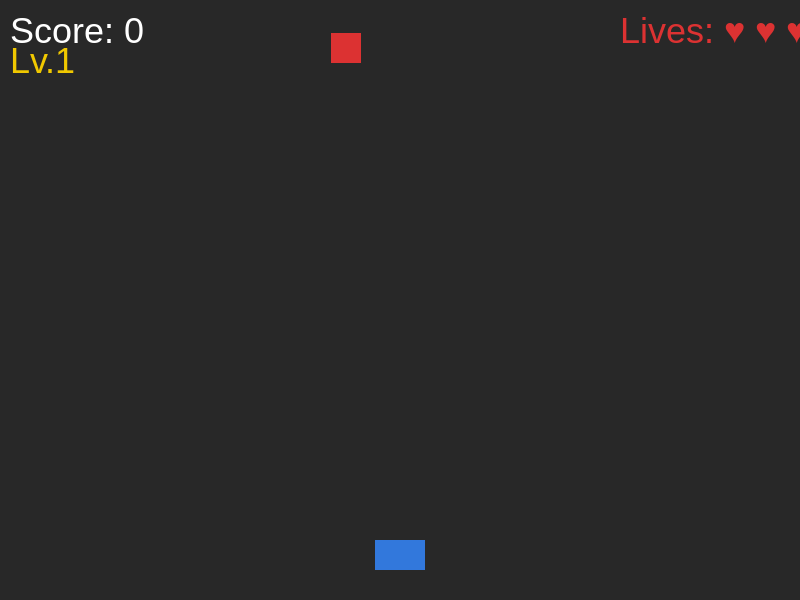
Repository: hanys0813/hys-project
Script's output: python example.py
These files come from the project's save history. The script's output is drawn as it stood at one moment and after the next save; the edit follows.
The window is shown after at most 60 frames with no key pressed. A system font it names is replaced by a similar one. Random numbers start from a fixed seed.

Above is the script's output before, as saved 2026-04-14 14:27:54.

After the next save:
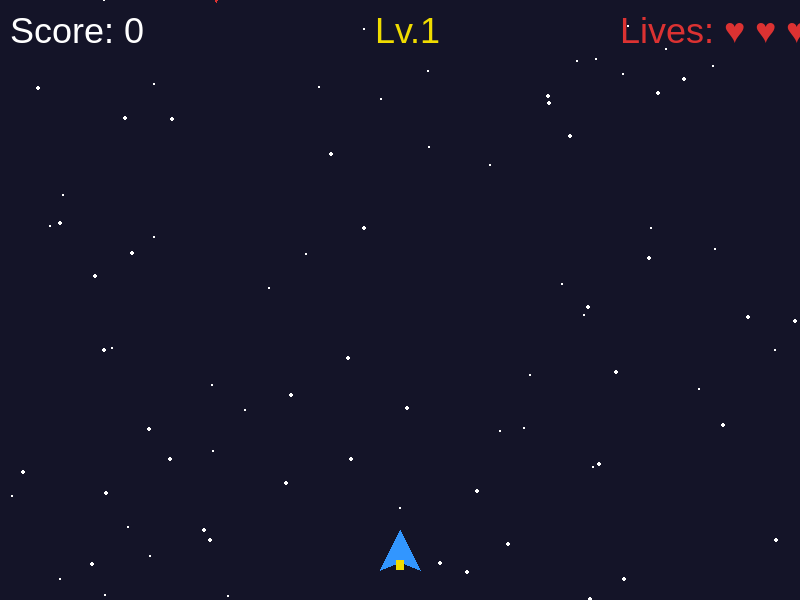
Saved 42 s later.
--- a/example.py
+++ b/example.py
@@ -17,45 +17,71 @@ def get_korean_font(size):
 WIDTH, HEIGHT = 800, 600
 FPS = 60
 
-WHITE  = (255, 255, 255)
-BLACK  = (0,   0,   0)
-BLUE   = (50,  120, 220)
-RED    = (220, 50,  50)
-YELLOW = (240, 200, 0)
-GRAY   = (40,  40,  40)
+WHITE   = (255, 255, 255)
+BLACK   = (0,   0,   0)
+GRAY    = (20,  20,  40)
+BLUE    = (50,  150, 255)
+RED     = (220, 50,  50)
+YELLOW  = (240, 220, 0)
+GREEN   = (50,  220, 80)
+ORANGE  = (240, 140, 0)
 
 screen = pygame.display.set_mode((WIDTH, HEIGHT))
-pygame.display.set_caption("Dodger")
+pygame.display.set_caption("Space Shooter")
 clock = pygame.time.Clock()
 font = get_korean_font(36)
 font_big = get_korean_font(72)
 
 # --- 레벨 설정 ---
 LEVELS = [
-    {"min_speed": 3, "max_speed": 5,  "spawn": 40, "label": "Lv.1"},
-    {"min_speed": 5, "max_speed": 8,  "spawn": 25, "label": "Lv.2"},
-    {"min_speed": 7, "max_speed": 12, "spawn": 15, "label": "Lv.3"},
+    {"enemy_speed": 2, "spawn": 60, "label": "Lv.1"},
+    {"enemy_speed": 3, "spawn": 40, "label": "Lv.2"},
+    {"enemy_speed": 5, "spawn": 25, "label": "Lv.3"},
 ]
 
 # --- 사운드 자리 ---
-# dodge_sound = pygame.mixer.Sound("dodge.wav")
-# hit_sound   = pygame.mixer.Sound("hit.wav")
+# shoot_sound    = pygame.mixer.Sound("shoot.wav")
+# explosion_sound= pygame.mixer.Sound("explosion.wav")
+# hit_sound      = pygame.mixer.Sound("hit.wav")
 
-PLAYER_W, PLAYER_H = 50, 30
-ENEMY_W,  ENEMY_H  = 30, 30
+PLAYER_W, PLAYER_H = 40, 40
+ENEMY_W,  ENEMY_H  = 36, 36
+BULLET_W, BULLET_H = 6,  14
+
+def draw_player(surf, rect):
+    cx = rect.centerx
+    pygame.draw.polygon(surf, BLUE, [
+        (cx, rect.top),
+        (rect.left, rect.bottom),
+        (cx, rect.bottom - 8),
+        (rect.right, rect.bottom),
+    ])
+    pygame.draw.rect(surf, YELLOW, (cx - 4, rect.bottom - 10, 8, 10))
+
+def draw_enemy(surf, rect):
+    cx = rect.centerx
+    pygame.draw.polygon(surf, RED, [
+        (cx, rect.bottom),
+        (rect.left, rect.top),
+        (cx, rect.top + 8),
+        (rect.right, rect.top),
+    ])
 
 def spawn_enemy(level_cfg):
     x = random.randint(0, WIDTH - ENEMY_W)
-    speed = random.randint(level_cfg["min_speed"], level_cfg["max_speed"])
-    return pygame.Rect(x, -ENEMY_H, ENEMY_W, ENEMY_H), speed
+    return pygame.Rect(x, -ENEMY_H, ENEMY_W, ENEMY_H)
 
-def draw_hud(score, level_cfg, lives):
+def draw_stars(stars):
+    for s in stars:
+        pygame.draw.circle(screen, WHITE, (s[0], s[1]), s[2])
+
+def draw_hud(score, lives, level_cfg):
     screen.blit(font.render(f"Score: {score}", True, WHITE), (10, 10))
-    screen.blit(font.render(f"{level_cfg['label']}", True, YELLOW), (10, 40))
     screen.blit(font.render(f"Lives: {'♥ ' * lives}", True, RED), (WIDTH - 180, 10))
+    screen.blit(font.render(level_cfg["label"], True, YELLOW), (WIDTH // 2 - 25, 10))
 
 def game_over_screen(score):
-    screen.fill(GRAY)
+    screen.fill((10, 10, 30))
     screen.blit(font_big.render("GAME OVER", True, RED), (220, 220))
     screen.blit(font.render(f"Score: {score}", True, WHITE), (350, 310))
     screen.blit(font.render("R: Restart   Q: Quit", True, WHITE), (270, 360))
@@ -69,14 +95,19 @@ def game_over_screen(score):
                 if e.key == pygame.K_q: pygame.quit(); sys.exit()
 
 def main():
-    player = pygame.Rect(WIDTH // 2 - PLAYER_W // 2, HEIGHT - 60, PLAYER_W, PLAYER_H)
-    enemies = []
-    score = 0
-    lives = 3
+    player = pygame.Rect(WIDTH // 2 - PLAYER_W // 2, HEIGHT - 70, PLAYER_W, PLAYER_H)
+    bullets  = []
+    enemies  = []
+    score    = 0
+    lives    = 3
+    shoot_cd = 0
     spawn_timer = 0
     level_idx = 0
     level_cfg = LEVELS[level_idx]
     invincible = 0
+
+    stars = [(random.randint(0, WIDTH), random.randint(0, HEIGHT), random.randint(1, 2))
+             for _ in range(80)]
 
     while True:
         clock.tick(FPS)
@@ -86,31 +117,54 @@ def main():
                 pygame.quit(); sys.exit()
 
         keys = pygame.key.get_pressed()
-        if keys[pygame.K_LEFT]  and player.left  > 0:     player.x -= 5
-        if keys[pygame.K_RIGHT] and player.right < WIDTH:  player.x += 5
-        if keys[pygame.K_UP]    and player.top   > 0:     player.y -= 5
-        if keys[pygame.K_DOWN]  and player.bottom < HEIGHT: player.y += 5
+        if keys[pygame.K_LEFT]  and player.left  > 0:      player.x -= 6
+        if keys[pygame.K_RIGHT] and player.right < WIDTH:   player.x += 6
+        if keys[pygame.K_UP]    and player.top   > 0:      player.y -= 6
+        if keys[pygame.K_DOWN]  and player.bottom < HEIGHT: player.y += 6
+
+        shoot_cd -= 1
+        if keys[pygame.K_SPACE] and shoot_cd <= 0:
+            # shoot_sound.play()
+            b = pygame.Rect(player.centerx - BULLET_W // 2, player.top, BULLET_W, BULLET_H)
+            bullets.append(b)
+            shoot_cd = 15
+
+        bullets = [b for b in bullets if b.bottom > 0]
+        for b in bullets:
+            b.y -= 10
 
         spawn_timer += 1
         if spawn_timer >= level_cfg["spawn"]:
             spawn_timer = 0
-            rect, speed = spawn_enemy(level_cfg)
-            enemies.append([rect, speed])
+            enemies.append(spawn_enemy(level_cfg))
 
-        survived = []
-        for pair in enemies:
-            pair[0].y += pair[1]
-            if pair[0].top < HEIGHT:
-                survived.append(pair)
-            else:
-                score += 1
-        enemies = survived
+        alive_enemies = []
+        for en in enemies:
+            en.y += level_cfg["enemy_speed"]
+            if en.top < HEIGHT:
+                alive_enemies.append(en)
+        enemies = alive_enemies
+
+        hit_bullets = set()
+        hit_enemies = set()
+        for bi, b in enumerate(bullets):
+            for ei, en in enumerate(enemies):
+                if b.colliderect(en):
+                    # explosion_sound.play()
+                    hit_bullets.add(bi)
+                    hit_enemies.add(ei)
+                    score += 10
+        bullets  = [b  for i, b  in enumerate(bullets)  if i not in hit_bullets]
+        enemies  = [en for i, en in enumerate(enemies)   if i not in hit_enemies]
+
+        level_idx = min(score // 50, len(LEVELS) - 1)
+        level_cfg = LEVELS[level_idx]
 
         if invincible > 0:
             invincible -= 1
         else:
-            for pair in enemies:
-                if player.colliderect(pair[0]):
+            for en in enemies:
+                if player.colliderect(en):
                     # hit_sound.play()
                     lives -= 1
                     invincible = 90
@@ -121,19 +175,23 @@ def main():
                         return
                     break
 
-        level_idx = min(score // 20, len(LEVELS) - 1)
-        level_cfg = LEVELS[level_idx]
+        for s in stars:
+            s = list(s)
 
         screen.fill(GRAY)
+        draw_stars(stars)
+
+        for b in bullets:
+            pygame.draw.rect(screen, YELLOW, b)
+
+        for en in enemies:
+            draw_enemy(screen, en)
 
         blink = (invincible // 10) % 2 == 0
         if blink:
-            pygame.draw.rect(screen, BLUE, player)
+            draw_player(screen, player)
 
-        for pair in enemies:
-            pygame.draw.rect(screen, RED, pair[0])
-
-        draw_hud(score, level_cfg, lives)
+        draw_hud(score, lives, level_cfg)
         pygame.display.flip()
 
 main()
